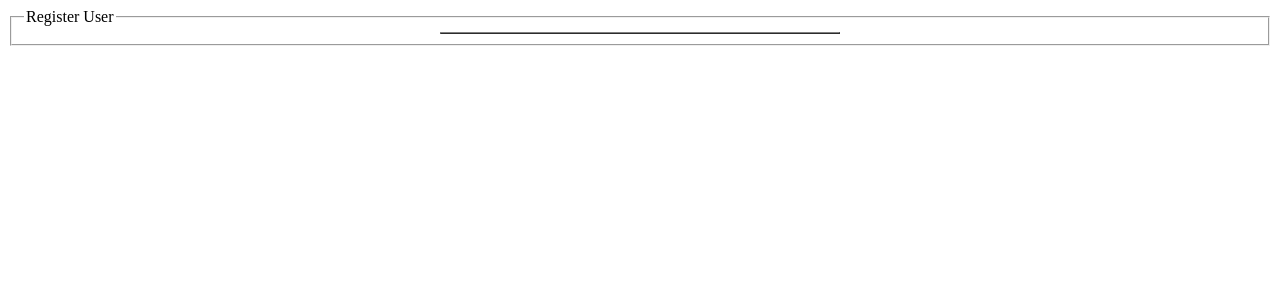
Repository: rcpanda15594/JavaScript_Project
Page: HTMLJAVASCRIPT/WebContent/NewFile.html
These files come from the project's save history. The page is drawn as it stood at one moment and after the next save; the edit follows.
The browser window is 1280 px wide. The pictures show the whole page.

Above is the page before, as saved 2018-03-21 04:01:11.

### HTMLJAVASCRIPT/WebContent/NewFile.html
<!DOCTYPE html>
<html>
<head>
<title>Input Demo</title>
<script >
function RegisterClick(){
document.getElementById("details").style.display="block";
document.getElementById("register").style.display="none";
username=document.getElementById("txtName").value;
age=document.getElementById("txtAge").value;
dob=document.getElementById("txtDob").value;
city=document.getElementById("txtCity").value;
male=document.getElementById("optMale").value;
female=document.getElementById("optFemale").value;

if(male.checked){
	gender=male.value

}if(female.checked){
	gender=female.value
}//if
    document.getElementById("username").innerHTML=username;
	document.getElementById("age").innerHTML=age;
	document.getElementById("dob").innerHTML=dob;
	document.getElementById("city").innerHTML=city;
	document.getElementById("gender").innerHTML=gender;

}//function
</script>
</head>
<body>
<div>
<form >
<fieldset id="register">
<legend>Register User</legend>
<table width="400" align="center" border="1"></table>
<tr>
</tr>
</fieldset>

</form>
</div>
</body>
</html>

After the next save:
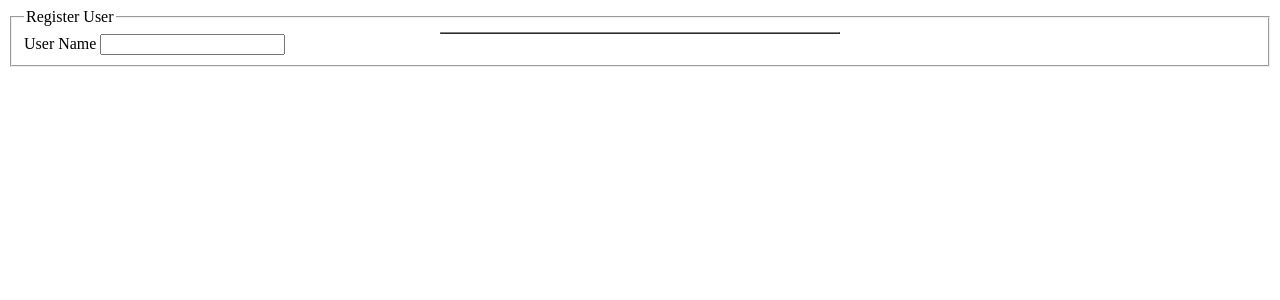
Saved 115 s later.
--- a/HTMLJAVASCRIPT/WebContent/NewFile.html
+++ b/HTMLJAVASCRIPT/WebContent/NewFile.html
@@ -35,6 +35,8 @@ if(male.checked){
 <legend>Register User</legend>
 <table width="400" align="center" border="1"></table>
 <tr>
+<td>User Name</td>
+<td><input type="text" id="txtname"></td>
 </tr>
 </fieldset>
 
